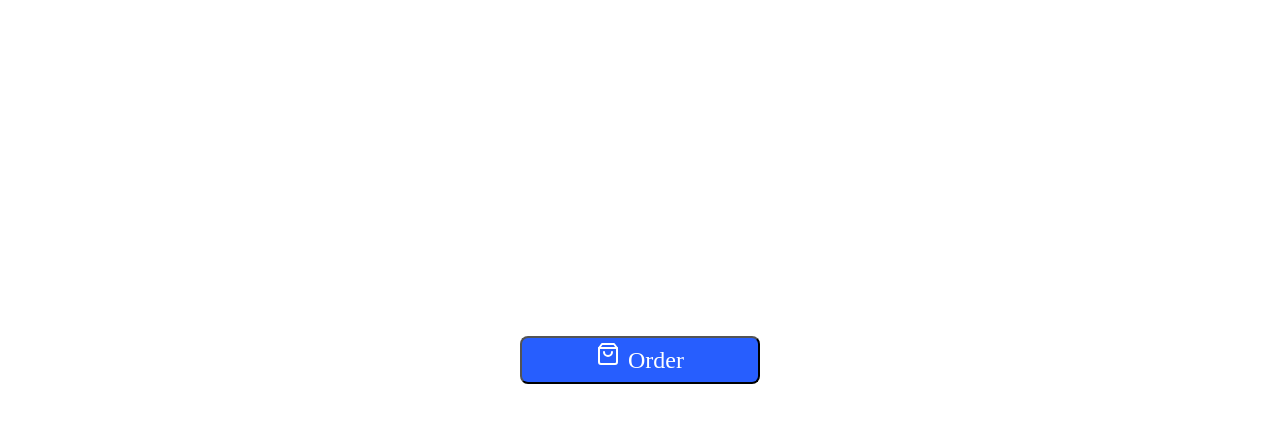
Repository: hjubsoni/hex-ocean-task
Page: /
An editor plug-in stored every save of this project. The page is shown before and after the next save, followed by the edit.
The browser window is 1280 px wide. The pictures show the whole page.
The project was rebuilt for these pictures with package versions that can differ from the ones it lists, and the page was loaded fresh each time. Also part of the build but not shown: vite.config.ts.

Above is the page before, as saved 2023-03-20 21:27:52.

After the next save:
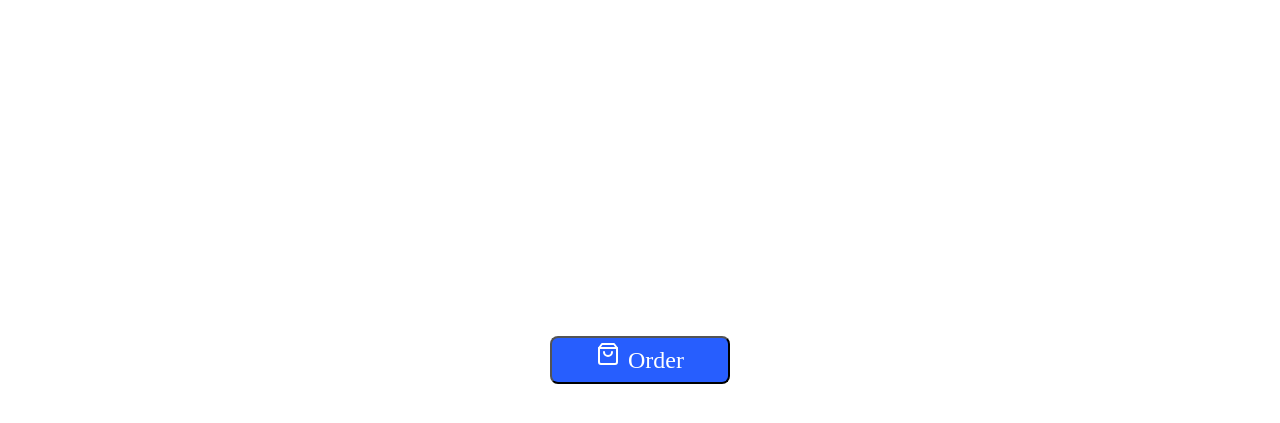
Saved 7 s later.
--- a/src/App.css
+++ b/src/App.css
@@ -7,7 +7,7 @@
 
 .order-button {
   display: flex;
-  width: 240px;
+  width: 180px;
   justify-content: center;
   padding: 4px 8px;
   gap: 8px;
